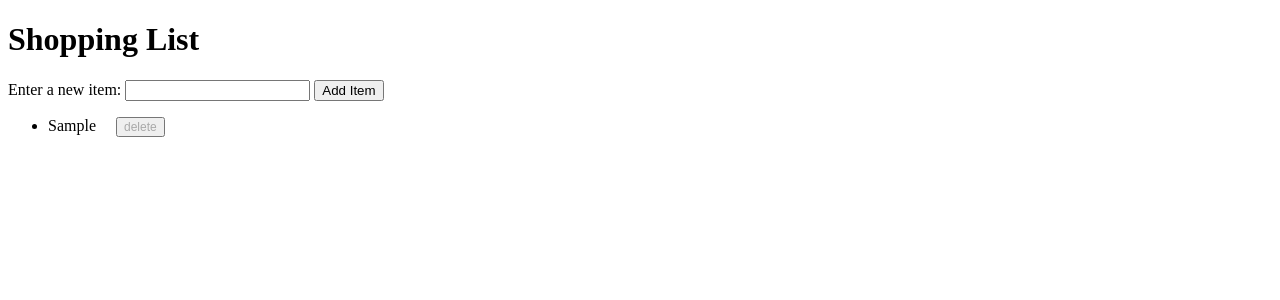
Repository: EguJaredoBoyd/IgHub
Page: shopping-list/index.html
The author's editor kept a copy of each file at every save. The page is drawn from the files as they stood at one save, then again after the next save.
The browser window is 1280 px wide. The pictures show the whole page.
Empty fields were first filled with sample values (such as "Sample", 5 or name@example.com).
After loading, the first visible `button` was clicked once.

Above is the page before, as saved 2025-03-06 15:24:57.

### shopping-list/index.html
<!DOCTYPE html>
<html lang="en">
<head>
    <meta charset="UTF-8">
    <meta name="viewport" content="width=device-width, initial-scale=1.0">
    <title>Shopping List</title>
    <!-- Internal Styling -->
     <style>
        li{
            margin-bottom: 10px;
        }

        li button{
            font-size: 12px;
            margin-left: 20px;
            color: darkgray;
        }
     </style>
</head>
<body>
    <h1>Shopping List</h1>

    <div>
        <label for="item">Enter a new item:</label>
        <input type="text" name="item" id="item">
        <button onclick="addItem()"> Add Item</button>
    </div>

    <ul></ul>



    <script>
        const list = document.querySelector("ul");
        const listItem = document.createElement("li");
        const listTitle = document.createElement("span");
        const delBbutton = document.createElement("button");
        const input = document.querySelector("input");
        const button = document.querySelector("button");

        function addItem(){

            const list = document.querySelector("ul");
            const listItem = document.createElement("li");
            const listTitle = document.createElement("span");
            const delBbutton = document.createElement("button");
            const input = document.querySelector("input");
            const button = document.querySelector("button");

            // get input value
            let item = input.value;

            // clear input
            input.value = "";

            //append list title (span) and delete button to the list item element
            listItem.appendChild(listTitle);
            listItem.appendChild(delBbutton);

            // Set textContent of list title and delete button
            listTitle.textContent = item;
            delBbutton.textContent = "delete";


            // append list item as a child of the list
            list.appendChild(listItem);

            // TODO: make sure that other items on the list appear together with each new input

            // TODO: make a list item delete when you click it's delete button


            console.log(listItem);

            // show output
            alert("You have added " + item + " to your shopping list");
        }
    </script>
</body>
</html>

After the next save:
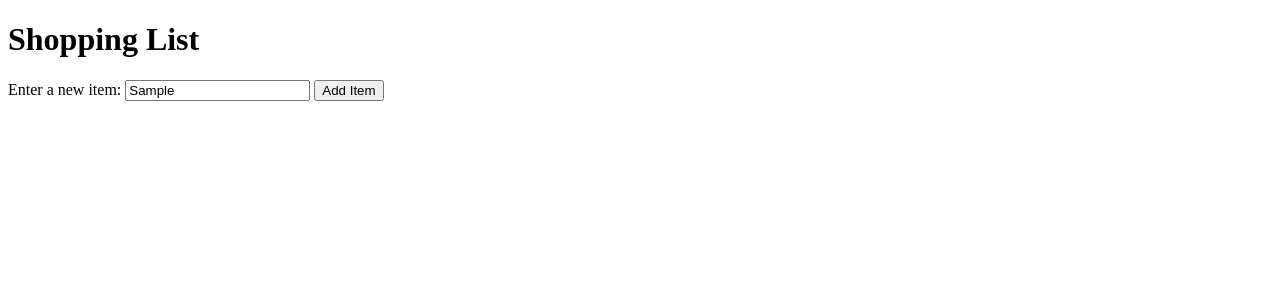
Console error: SyntaxError: Unexpected token ')'
Saved 10 min 55 s later.
--- a/shopping-list/index.html
+++ b/shopping-list/index.html
@@ -67,8 +67,9 @@
 
             // TODO: make sure that other items on the list appear together with each new input
 
-            // TODO: make a list item delete when you click it's delete button
-
+            // Delete functionality
+            delBbutton.addEventListener("click", function () {
+                list.removeChild(listItem));
 
             console.log(listItem);
 

After the 2 saves that followed:
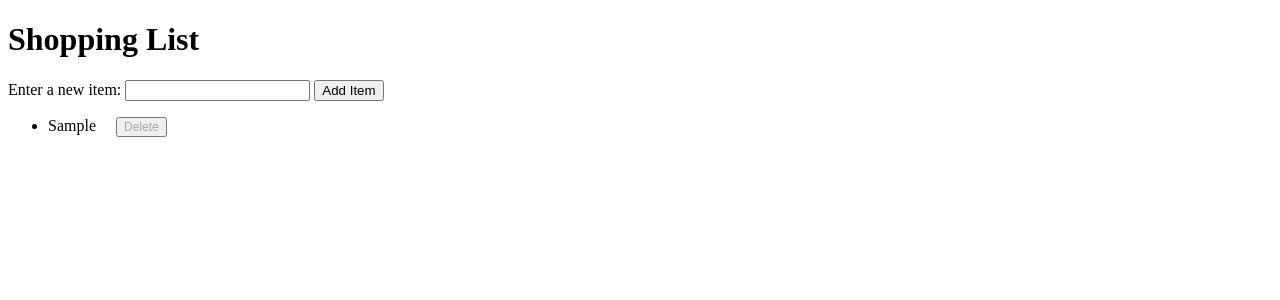
The error is gone.
The 2 saves are shown as one change because 1 left the picture as it was.
The last was saved 4 min 22 s later.
--- a/shopping-list/index.html
+++ b/shopping-list/index.html
@@ -1,81 +1,75 @@
 <!DOCTYPE html>
 <html lang="en">
+
 <head>
     <meta charset="UTF-8">
     <meta name="viewport" content="width=device-width, initial-scale=1.0">
     <title>Shopping List</title>
     <!-- Internal Styling -->
-     <style>
-        li{
+    <style>
+        li {
             margin-bottom: 10px;
         }
 
-        li button{
+        li button {
             font-size: 12px;
             margin-left: 20px;
             color: darkgray;
         }
-     </style>
+    </style>
 </head>
+
 <body>
     <h1>Shopping List</h1>
 
     <div>
         <label for="item">Enter a new item:</label>
         <input type="text" name="item" id="item">
-        <button onclick="addItem()"> Add Item</button>
+        <button onclick="addItem()">Add Item</button>
     </div>
 
     <ul></ul>
 
+    <script>
+        function addItem() {
+            const list = document.querySelector("ul");
+            const input = document.querySelector("#item");
 
+            // Get input value and trim spaces
+            let item = input.value.trim();
 
-    <script>
-        const list = document.querySelector("ul");
-        const listItem = document.createElement("li");
-        const listTitle = document.createElement("span");
-        const delBbutton = document.createElement("button");
-        const input = document.querySelector("input");
-        const button = document.querySelector("button");
+            // Check if input is empty
+            if (item === "") {
+                alert("Please enter an item.");
+                return;
+            }
 
-        function addItem(){
-
-            const list = document.querySelector("ul");
+            // Create elements
             const listItem = document.createElement("li");
             const listTitle = document.createElement("span");
-            const delBbutton = document.createElement("button");
-            const input = document.querySelector("input");
-            const button = document.querySelector("button");
+            const delButton = document.createElement("button");
 
-            // get input value
-            let item = input.value;
+            // Set text content
+            listTitle.textContent = item;
+            delButton.textContent = "Delete";
 
-            // clear input
+            // Append elements
+            listItem.appendChild(listTitle);
+            listItem.appendChild(delButton);
+            list.appendChild(listItem);
+
+            // Clear input field
             input.value = "";
 
-            //append list title (span) and delete button to the list item element
-            listItem.appendChild(listTitle);
-            listItem.appendChild(delBbutton);
+            // Delete functionality
+            delButton.addEventListener("click", function () {
+                list.removeChild(listItem);
+            });
 
-            // Set textContent of list title and delete button
-            listTitle.textContent = item;
-            delBbutton.textContent = "delete";
-
-
-            // append list item as a child of the list
-            list.appendChild(listItem);
-
-            // TODO: make sure that other items on the list appear together with each new input
-
-            // Delete functionality
-            delBbutton.addEventListener("click", function () {
-                list.removeChild(listItem));
-
-            console.log(listItem);
-
-            // show output
+            // Show alert
             alert("You have added " + item + " to your shopping list");
         }
     </script>
 </body>
+
 </html>
